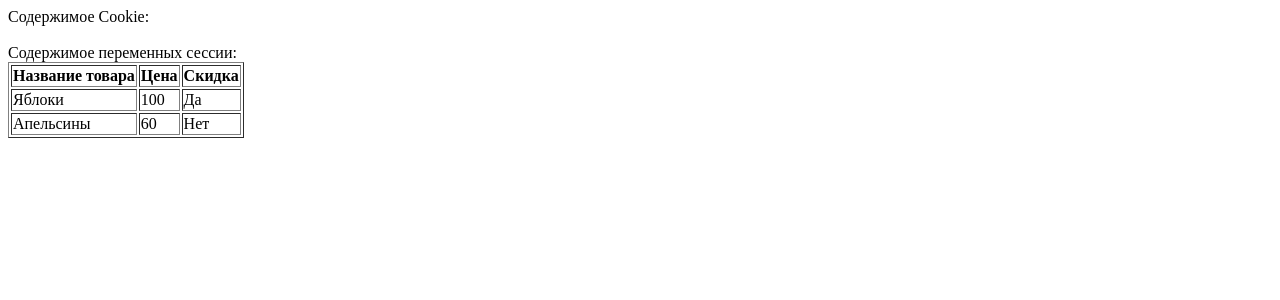
Repository: dknowuser/JavaWebLab6
Page: http://localhost/lab3/ListData.jsp
These files come from the project's save history. The page is drawn as it stood at one moment and after a run of saves; the edit follows.
The browser window is 1280 px wide. The pictures show the whole page.
The page is served by Tomcat 9. Other server files are loaded and not shown.

Above is the page before, as saved 2019-02-21 02:31:41.

### lab3/WebContent/ListData.jsp
<%-- Автор: Марчук Л.Б., Дата 19.02.2019,
Описание: Вывод тела таблицы --%>

<%@ page language="java" contentType="text/html; charset=UTF-8"
    pageEncoding="UTF-8"%>
<body>
Содержимое Cookie:<br>
<%
	//Выбор всех Cookie
	Cookie [] c = request.getCookies();
	if(c != null)
		for(int i = 0; i < c.length; i++)
			out.print(c[i].getName() + ": " + c[i].getValue() + " | ");
%><br>
Содержимое переменных сессии:<br>



</body>
<table border='1'>
<tr>
<td><b>Название товара</b></td>
<td><b>Цена</b></td>
<td><b>Скидка</b></td>
</tr>
<tr>
<td>Яблоки</td>
<td>100</td>
<td>Да</td>
</tr>
<tr>
<td>Апельсины</td>
<td>60</td>
<td>Нет</td>
</tr>
</table>

After the next 2 saves:
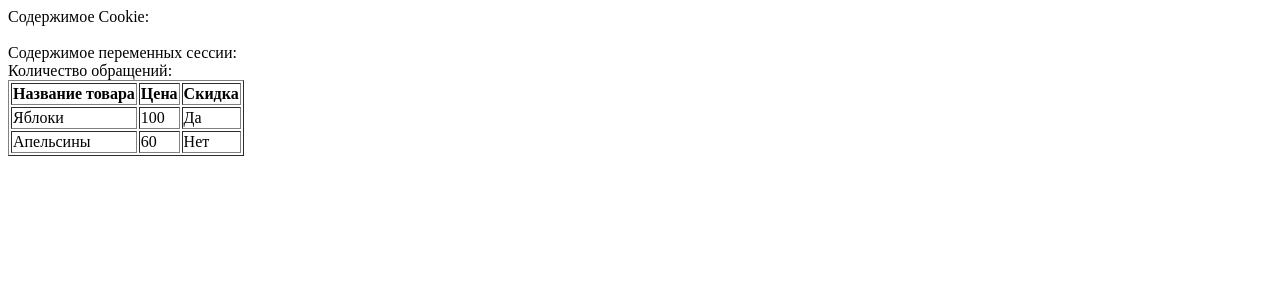
The 2 saves are shown as one change because 1 did not build or start.
The last was saved 99 s later.
--- a/lab3/WebContent/ListData.jsp
+++ b/lab3/WebContent/ListData.jsp
@@ -13,6 +13,9 @@
 			out.print(c[i].getName() + ": " + c[i].getValue() + " | ");
 %><br>
 Содержимое переменных сессии:<br>
+<%
+	out.print("Количество обращений: ");
+%>
 
 
 
